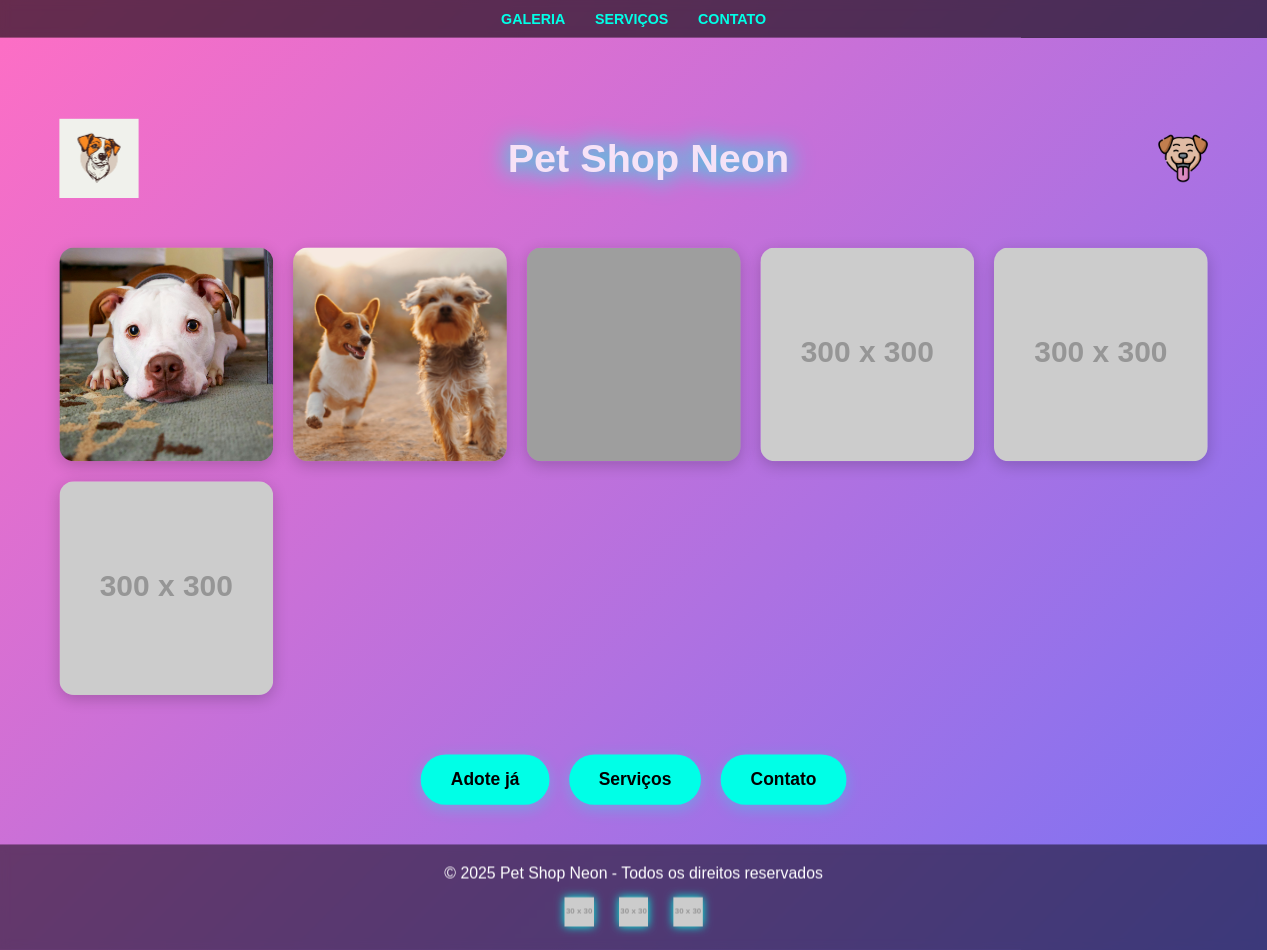
Repository: Sandro1969-tech/Desafio-petshop
Page: index.html
The author's editor kept a copy of each file at every save. The page is drawn from the files as they stood at one save, then again after the next save.
The browser window is 1280 px wide. The pictures show the whole page, at 99% of full size.
Pictures or frames that could not be fetched are drawn as grey boxes.

Above is the page before, as saved 2025-12-09 18:37:35.

After the next save:
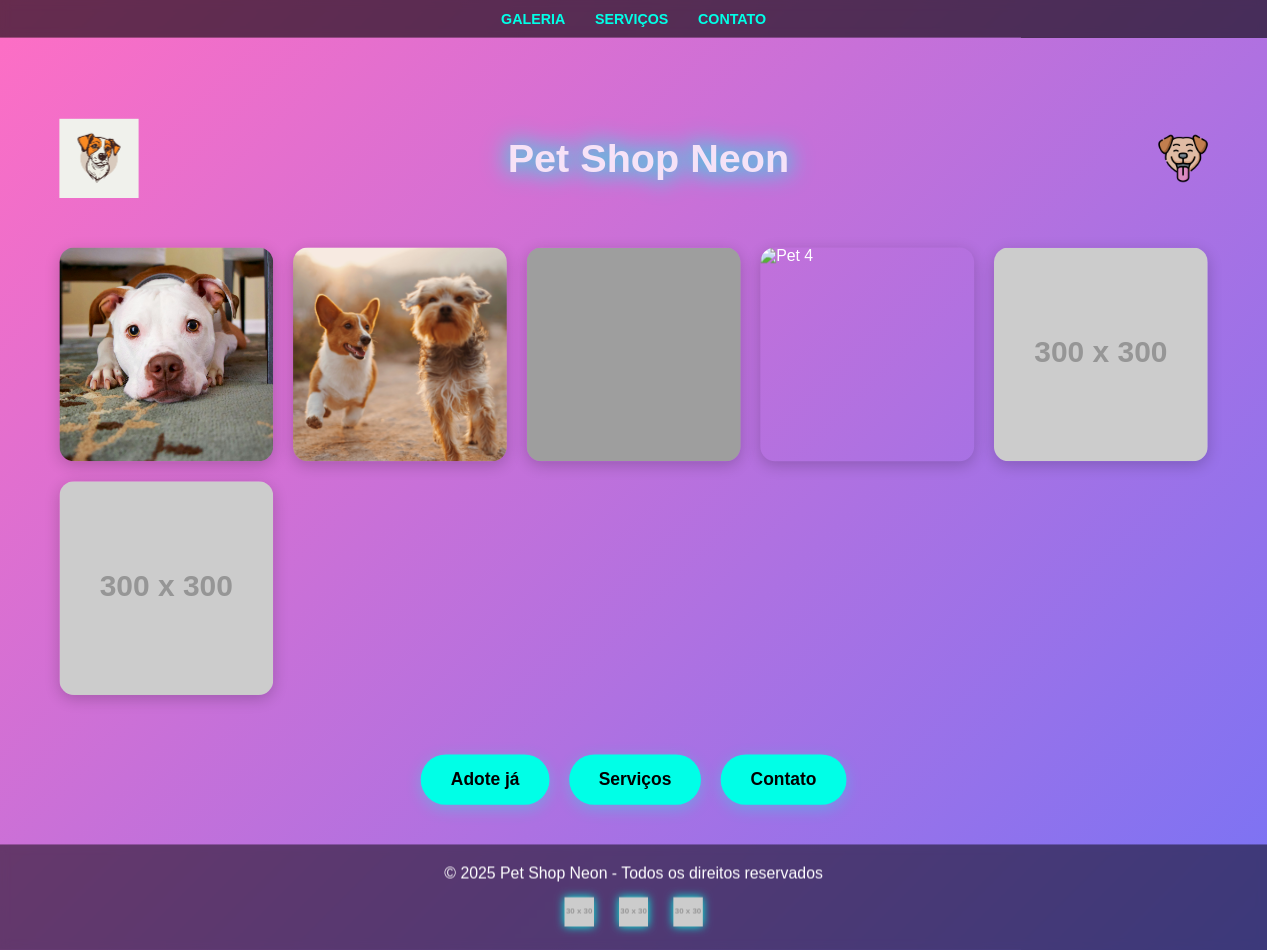
Saved 9 s later.
--- a/index.html
+++ b/index.html
@@ -28,7 +28,7 @@
       <img src="assets/image/cao1.jpg" alt="Pet 1">
       <img src="assets/image/cao2.jpg" alt="Pet 2">
       <img src="assets/image/cao3.jpg" alt="Pet 3">
-      <img src="https://via.placeholder.com/300" alt="Pet 4">
+      <img src="" alt="Pet 4">
       <img src="https://via.placeholder.com/300" alt="Pet 5">
       <img src="https://via.placeholder.com/300" alt="Pet 6">
     </section>
